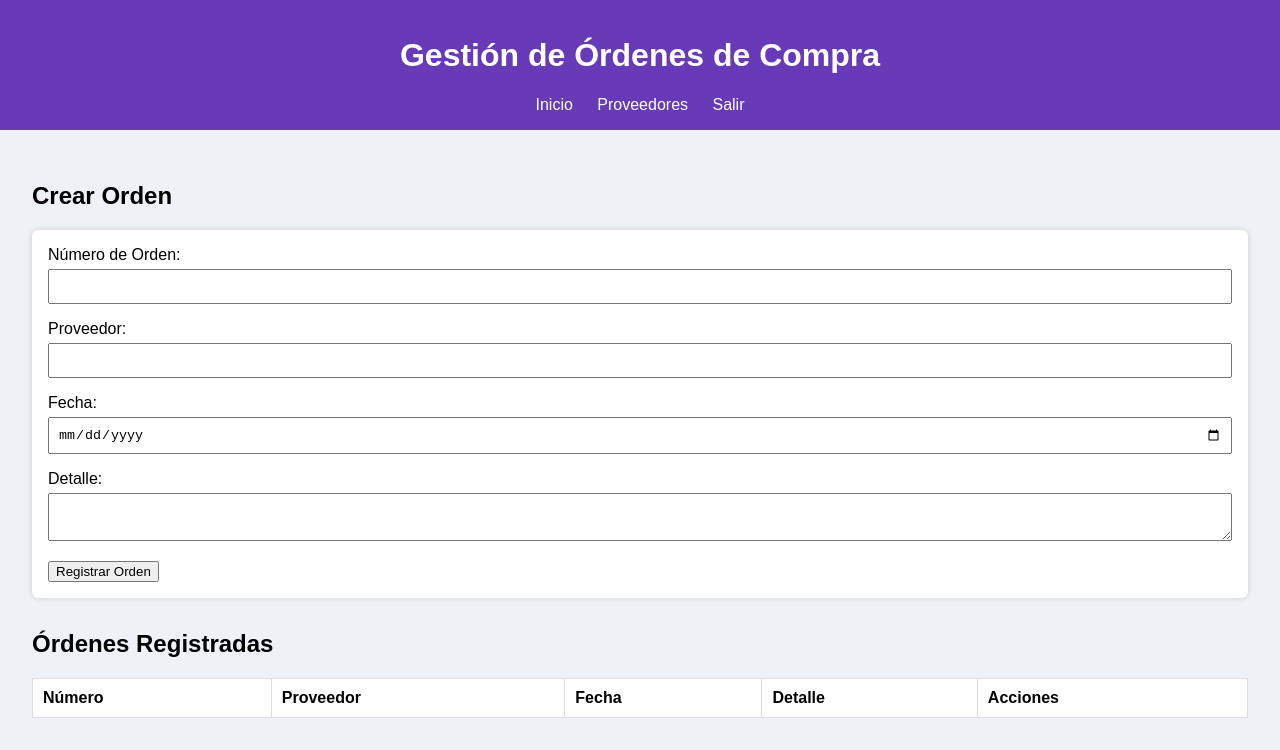
Repository: djkeviin/Mi-primera-chamba
Page: views/ordenes.html
The author's editor kept a copy of each file at every save. The page is drawn from the files as they stood at one save, then again after the next save.
The browser window is 1280 px wide. The pictures show the whole page.

Above is the page before, as saved 2025-05-01 22:33:21.

### views/ordenes.html
<!DOCTYPE html>
<html lang="es">
<head>
  <meta charset="UTF-8">
  <title>Órdenes de Compra</title>
  <link rel="stylesheet" href="../css/ordenes.css">
</head>
<body>
  <header>
    <h1>Gestión de Órdenes de Compra</h1>
    <nav>
      <a href="dashboard.html">Inicio</a>
      <a href="proveedores.html">Proveedores</a>
      <a href="../index.html">Salir</a>
    </nav>
  </header>

  <main>
    <section class="formulario">
      <h2>Crear Orden</h2>
      <form id="formOrden">
        <label>Número de Orden:
          <input type="text" name="numero" required>
        </label>
        <label>Proveedor:
          <input type="text" name="proveedor" required>
        </label>
        <label>Fecha:
          <input type="date" name="fecha" required>
        </label>
        <label>Detalle:
          <textarea name="detalle" required></textarea>
        </label>
        <button type="submit">Registrar Orden</button>
      </form>
    </section>

    <section class="lista">
      <h2>Órdenes Registradas</h2>
      <table>
        <thead>
          <tr>
            <th>Número</th>
            <th>Proveedor</th>
            <th>Fecha</th>
            <th>Detalle</th>
            <th>Acciones</th>
          </tr>
        </thead>
        <tbody id="tablaOrdenes">
          <!-- Órdenes insertadas dinámicamente -->
        </tbody>
      </table>
    </section>
  </main>

  <script src="../js/ordenes.js"></script>
</body>
</html>

### css/ordenes.css
body {
    font-family: sans-serif;
    background-color: #eef1f5;
    margin: 0;
  }

  header {
    background-color: #673ab7;
    color: white;
    padding: 1rem;
    text-align: center;
  }

  nav a {
    color: white;
    margin: 0 10px;
    text-decoration: none;
  }

  main {
    padding: 2rem;
  }

  form {
    background: #fff;
    padding: 1rem;
    border-radius: 6px;
    box-shadow: 0 0 5px #ccc;
    margin-bottom: 2rem;
  }

  label {
    display: block;
    margin-bottom: 1rem;
  }

  input, textarea {
    width: 100%;
    padding: 0.5rem;
    margin-top: 5px;
    box-sizing: border-box;
  }

  table {
    width: 100%;
    background: white;
    border-collapse: collapse;
  }

  th, td {
    border: 1px solid #ddd;
    padding: 10px;
    text-align: left;
  }

### js/ordenes.js
document.getElementById("formOrden").addEventListener("submit", function(e) {
    e.preventDefault();

    const numero = this.numero.value;
    const proveedor = this.proveedor.value;
    const fecha = this.fecha.value;
    const detalle = this.detalle.value;

    const fila = document.createElement("tr");
    fila.innerHTML = `
      <td>${numero}</td>
      <td>${proveedor}</td>
      <td>${fecha}</td>
      <td>${detalle}</td>
      <td><button onclick="eliminarOrden(this)">Eliminar</button></td>
    `;

    document.getElementById("tablaOrdenes").appendChild(fila);
    this.reset();
  });

  function eliminarOrden(btn) {
    btn.parentNode.parentNode.remove();
  }

After the next save:
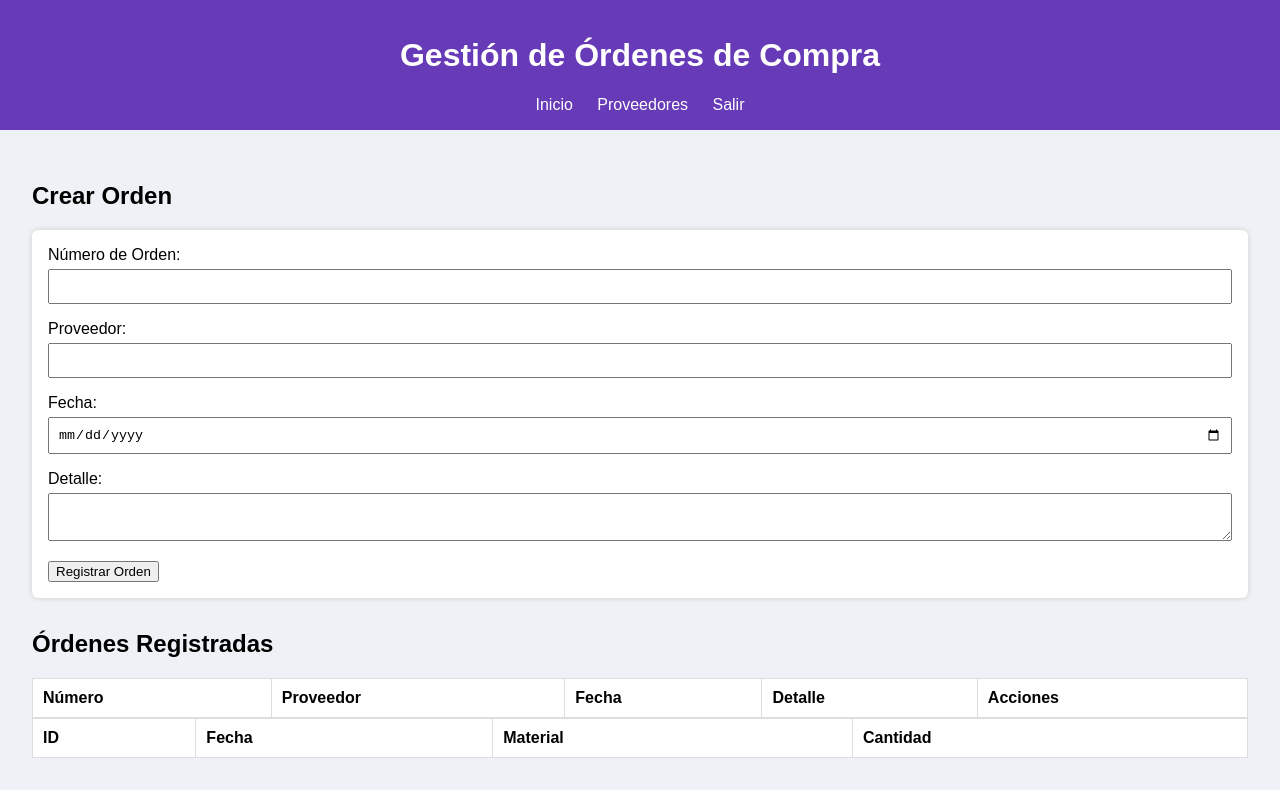
Saved 86 s later.
--- a/views/ordenes.html
+++ b/views/ordenes.html
@@ -52,6 +52,17 @@
         </tbody>
       </table>
     </section>
+    <table border="1">
+        <thead>
+          <tr>
+            <th>ID</th>
+            <th>Fecha</th>
+            <th>Material</th>
+            <th>Cantidad</th>
+          </tr>
+        </thead>
+        <tbody id="tablaRequerimientos"></tbody>
+      </table>
   </main>
 
   <script src="../js/ordenes.js"></script>
